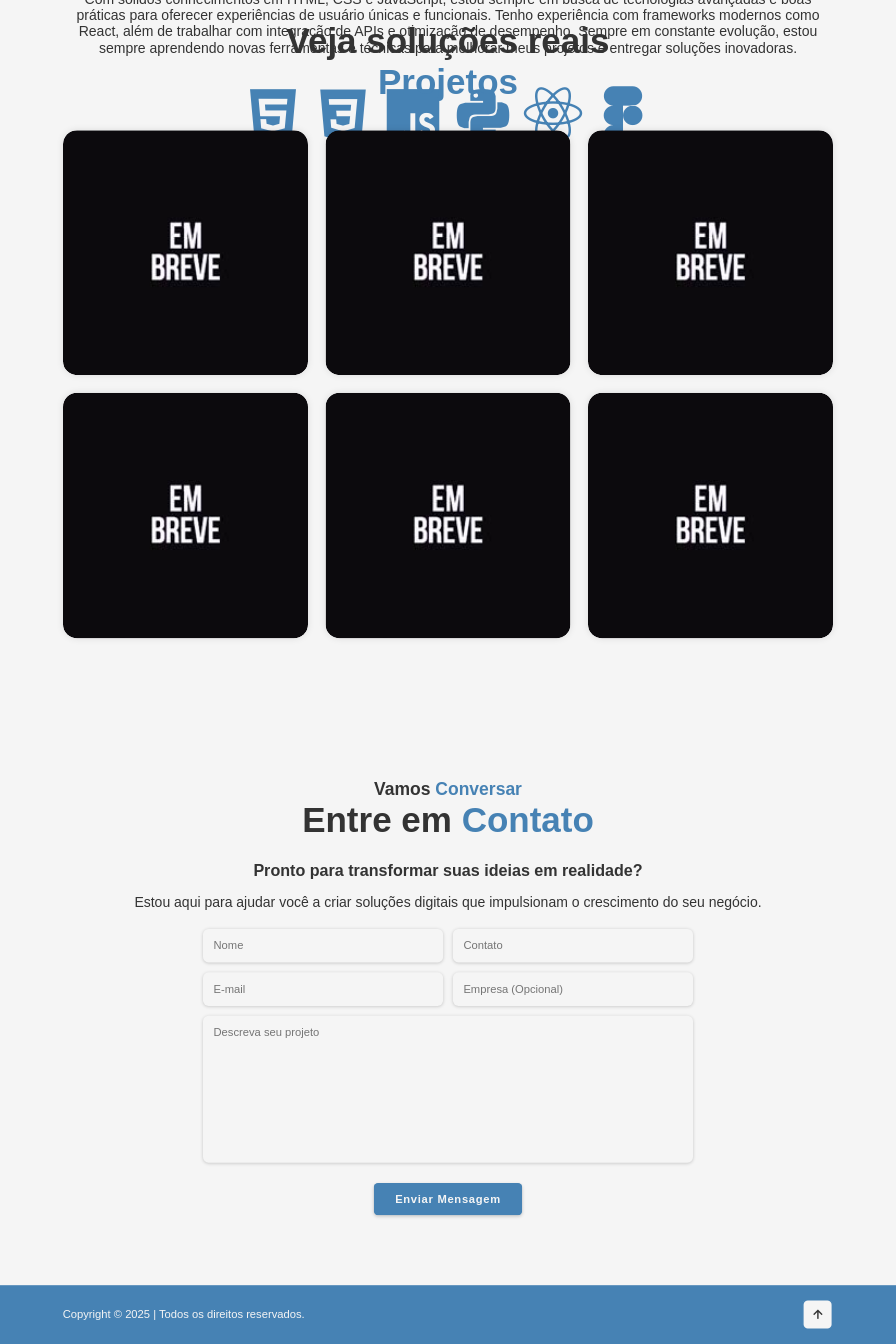
Repository: AliciaKathleen/portfolio-2025
Page: index.html
The author's editor kept a copy of each file at every save. The page is drawn from the files as they stood at one save, then again after the next save.
The browser window is 1280 px wide. The pictures show the part of the page from y = 2400 to 4320 px (the page is 4320 px tall), at 70% of full size.

Above is the page before, as saved 2025-01-27 18:41:38.
Console error: TypeError: Cannot read properties of null (reading 'classList')

After the next save:
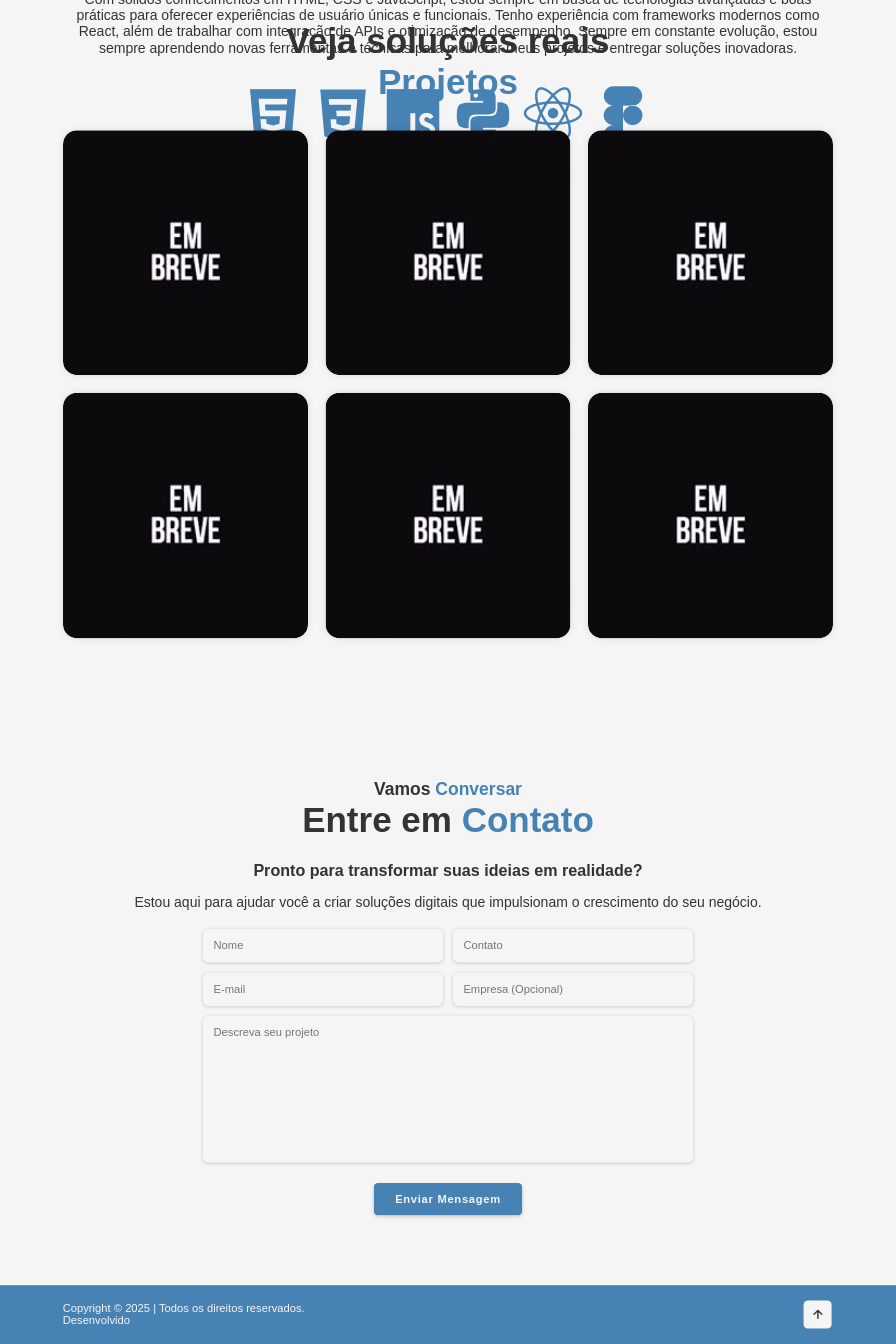
Saved 85 s later.
--- a/index.html
+++ b/index.html
@@ -230,6 +230,7 @@
     <footer class="footer">
         <div class="footer-text">
             <p>Copyright &copy; 2025 | Todos os direitos reservados.</p>
+            <p>Desenvolvido <span>Alícia Kathleen | Dev.</span></p>
         </div>
 
         <div class="footer-iconTop">
